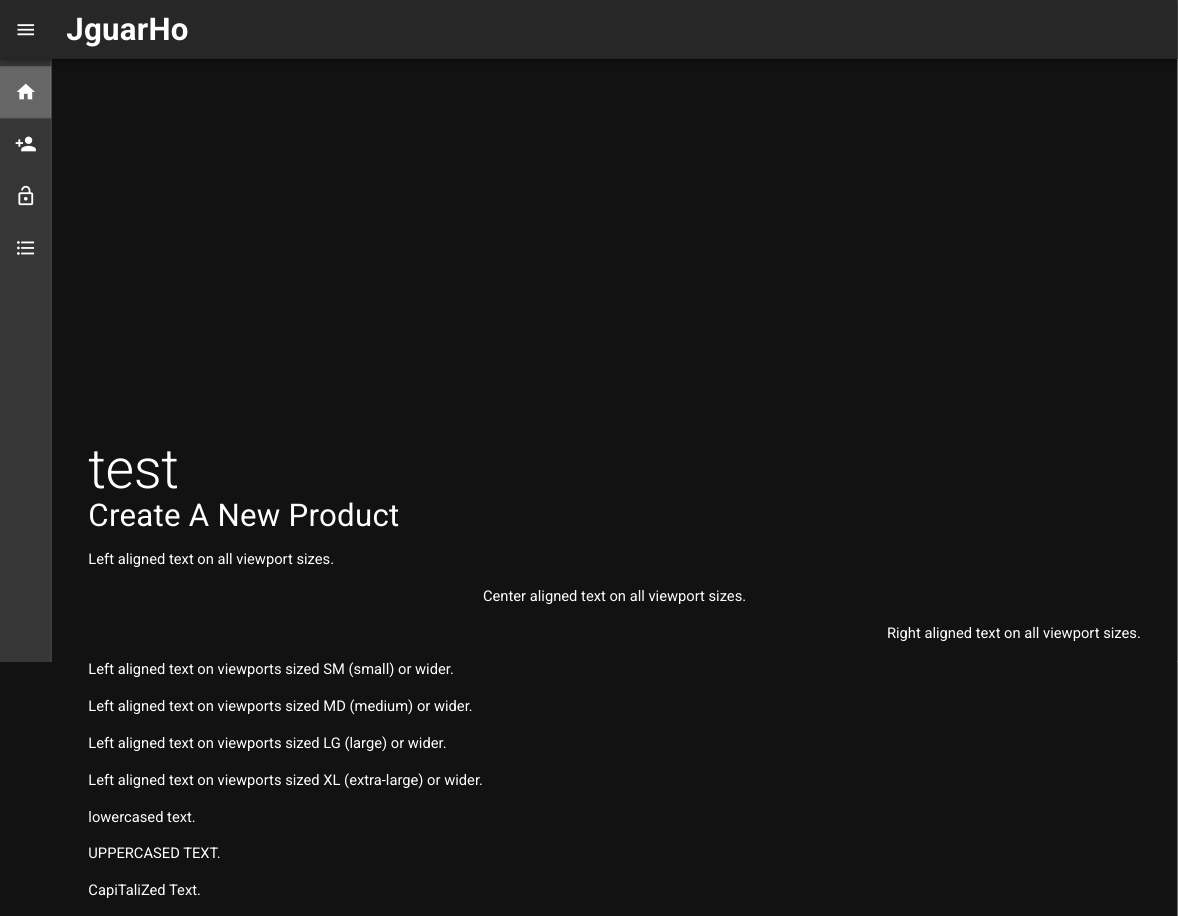
Repository: agent501/MRMS
Page: /
These files come from the project's save history. The page is drawn as it stood at one moment and after the next save; the edit follows.
The browser window is 1280 px wide. The pictures show the whole page, at 92% of full size.
The page's requests for data from a server got no answer. The project was rebuilt for these pictures with package versions that can differ from the ones it lists, and the page was loaded fresh each time. No one was signed in, and anything a server would have sent is missing. Also part of the build but not shown: vue.config.js, src/components/Product/products.vue, src/components/Product/product.vue, src/components/Product/createproduct.vue, src/components/User/signin.vue, src/components/User/signup.vue, src/components/User/profile.vue, src/components/Shared/Alert.vue and 2 more. Imported but missing from the stored project, and not drawn on this page: src/router/auth-guard.js.

Above is the page before, as saved 2020-07-29 16:44:42.

After the next save:
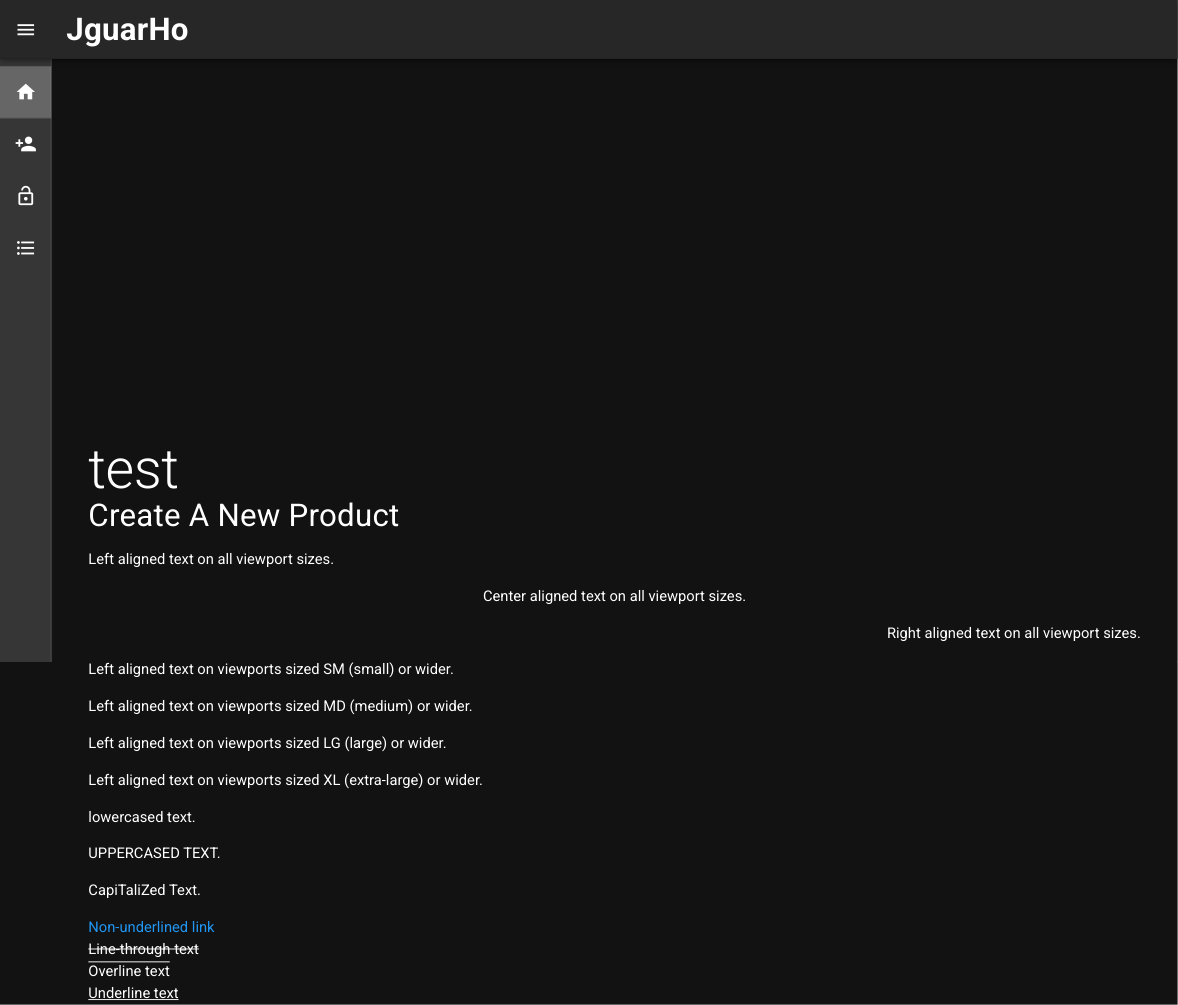
Saved 19 s later.
--- a/src/components/Home.vue
+++ b/src/components/Home.vue
@@ -47,6 +47,15 @@
       <p class="text-lowercase">Lowercased text.</p>
       <p class="text-uppercase">Uppercased text.</p>
       <p class="text-capitalize">CapiTaliZed text.</p>
+    </div>
+    <div>
+      <a href="#" class="text-decoration-none">Non-underlined link</a>
+
+      <div class="text-decoration-line-through">Line-through text</div>
+
+      <div class="text-decoration-overline">Overline text</div>
+
+      <div class="text-decoration-underline">Underline text</div>
     </div>
   </div>
 </template>
